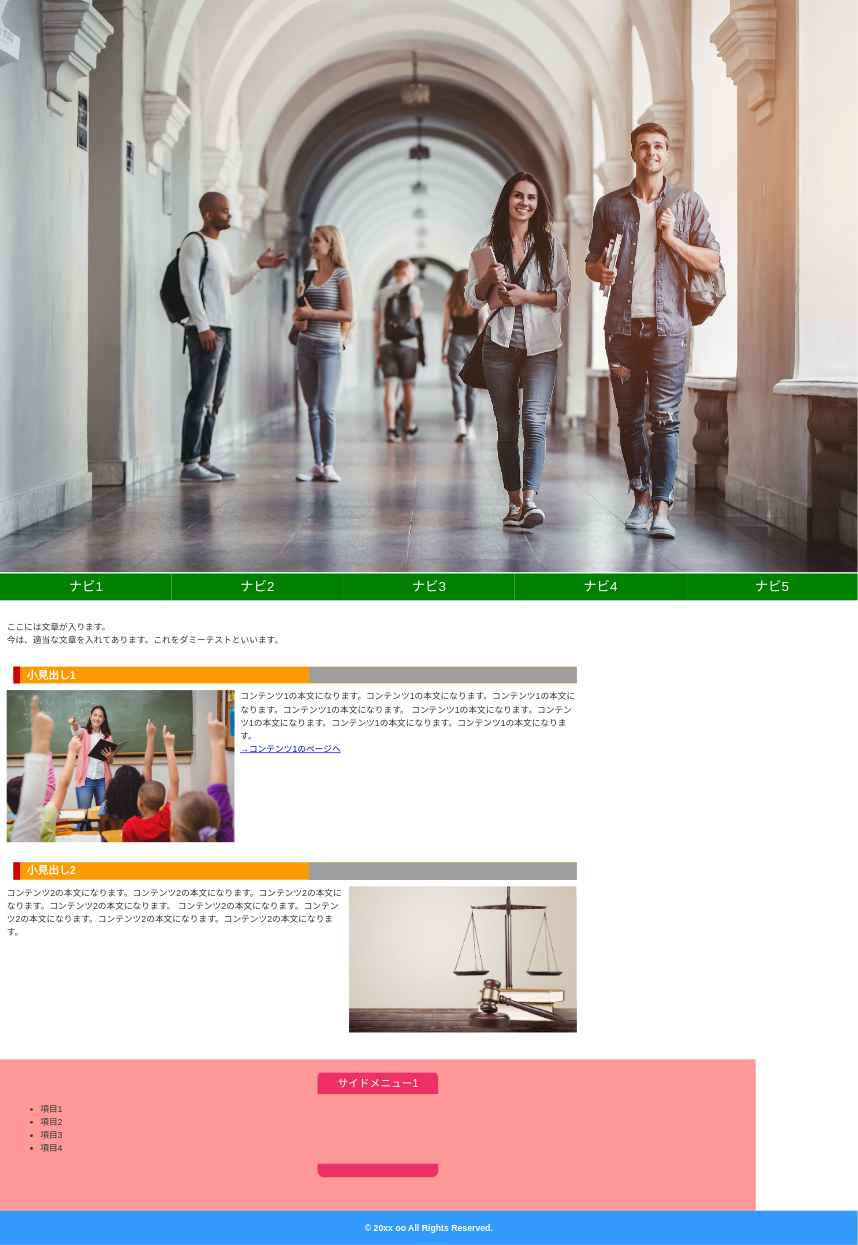
Repository: megumimorisawa/samurai_HTML-CSS
Page: home.html
The author's editor kept a record of every edit. The page is drawn from the files as they stood at one moment, then again after the next edit.
The browser window is 1280 px wide. The pictures show the whole page, at 67% of full size.
Pictures or frames that could not be fetched are drawn as grey boxes.

Above is the page before.

### home.html
<!DOCTYPE html>
<html lang="ja">
    <head>
        <meta charset="utf-8">
        <title>HTML/CSSの学習</title>
        <link rel="stylesheet" href="stylesheet.css">
    </head>
    <body>
       <div id="header">
           <h1><a href="index.html"><img id="corridor" src="images/corridor.jpg" alt="大学の廊下" /></a></h1>
       </div>
       <div id="wrapper">
           <div id="nav">
               <ul>
                   <li><a href="home.html">ナビ1</a></li>
                   <li><a href="#">ナビ2</a></li>
                   <li><a href="#">ナビ3</a></li>
                   <li><a href="#">ナビ4</a></li>
                   <li><a href="#">ナビ5</a></li>
               </ul>
           </div>
        </div>
        <div id="container">
            <div id="main">
                <div class="post">
                    <p>ここには文章が入ります。<br />今は、適当な文章を入れてあります。これをダミーテストといいます。</p>
                </div>
                <div class="post clearfix">
                    <h2>小見出し1</h2>
                    <img class="left" src="images/classroom.jpg" alt="授業風景" />
                    <p>
                        コンテンツ1の本文になります。コンテンツ1の本文になります。コンテンツ1の本文になります。コンテンツ1の本文になります。
                        コンテンツ1の本文になります。コンテンツ1の本文になります。コンテンツ1の本文になります。コンテンツ1の本文になります。
                    </p>
                    <p><a href="#">→コンテンツ1のページへ</a></p>
                </div>
                <div class="post clearfix">
                    <h2>小見出し2</h2>
                    <img class="right" src="images/scale.jpg" alt="天秤" />
                    <p>
                        コンテンツ2の本文になります。コンテンツ2の本文になります。コンテンツ2の本文になります。コンテンツ2の本文になります。
                        コンテンツ2の本文になります。コンテンツ2の本文になります。コンテンツ2の本文になります。コンテンツ2の本文になります。
                    </p>
                </div>

            </div>
        </div>
        <div id="side">
            <div class="box">
                <h2>サイドメニュー1</h2>
                <div class="boxbody">
                    <ul>
                        <li>項目1</li>
                        <li>項目2</li>
                        <li>項目3</li>
                        <li>項目4</li>
                    </ul>
                </div>
            </div>
        </div>
    </div>
    <div id="footer">
        <p>&copy; 20xx oo All Rights Reserved.</p>
    </div>
    </body>

</html>

### stylesheet.css
body {
	margin: 0;
	padding: 0;
	font-family: "ヒラギノ角ゴ Pro W3", "Hiragino Kaku Gothic Pro", "メイリオ", Meiryo, Osaka, "ＭＳ Ｐゴシック", "MS PGothic", sans-serif;
	color: #333;
	font-size: 13px;
	line-height: 150%;
}

/* -------------------- wrapper -------------------- */
#wrapper {
	width: 100%;
	margin: auto;
	padding: 0px;
	border: 0px;
	background-color: #FFF;
	top: 10px;
}
/* -------------------- header -------------------- */
#header {
	width: 100%;
}

#header h1 {
	margin: 0;
	padding: 0;
}

#corridor {
	width: 100%;
	height: auto;
}
/* -------------------- footer -------------------- */
#footer {
	clear: both;
	width: 100%;
	padding: 3px 0 3px 0;
	background: #39F;
	color: #FFF;
	font-weight: bold;
	text-align: center;
}
/* -------------------- nav -------------------- */
#nav {
	width: 100%;
}

#nav ul {
	display: flex;
	margin: 0;
	padding: 0;
	list-style-type: none;
}

#nav ul li {
	width: 20%;
	text-align: center;
}

#nav ul li a {
	display: block;
	height: 20px;
	margin: 0;
	padding: 10px;
	color: #FFF;
	font-size: 20px;
	text-decoration: none;
	background-color: green;
}

#nav ul li a:hover {
	filter: drop-shadow(10px 10px 10px black);
}
/* -------------------- container -------------------- */
#container {
	width: 100%;
	margin: auto;
	padding: auto;
	padding-top: 20px;
	clear: both;
	display: grid;
	grid-template-columns: 70vw 30vw;
}
/* -------------------- main -------------------- */
#main {
	width: 95%;
	padding: 10px 30px 10px 10px;

}

#main h2 {
	margin: 0 0 10px 10px;
	padding: 3px 10px 3px 10px;
	color: #FFF;
	font-size: 16px;
	border-left: solid 10px #C00;
	background: #F90 url(../imges/main.jpg) right top repeat-y;

}

#main p {
	margin: 0;
	padding: 0;
}

#main .post {
	margin: 0 0 30px 0;

}

#main .post img.right {
	margin: 0 0 0 8px;
}

#main .post img.left {
	margin: 0 8px 0 0;
}

.right {
	float: right;
	width: 40%;
	height: auto;
}

.left {
	float: left;
	width: 40%;
	height: auto;
}
/* -------------------- clearfix -------------------- */
.clearfix {
	zoom: 1;
}

.clearfix:after{
	content: "";
	display: block;
	clear: both;
}
/* -------------------- side -------------------- */
#side {
	width: 85%;
	padding: 20px;
	background-color: #F99;
}

#side .box {
	margin: 0 auto 30px auto;
	padding: 0 0 20px 0;
	background: url(images/side_box.png) bottom no-repeat;
}

#side .box h2 {
	margin: 0;
	padding: 8px;
	text-align: center;
	color: #fff;
	font-size: 16px;
	line-height: 16px;
	font-weight: normal;
	background: url(images/side_box_h2.png) center no-repeat;
}

#side .box .boxBody {
	padding: 8px;
	border-right: solid 1px #C36;
	border-bottom: solid 1px #C36;
	border-left: solid 1px #C36;
	background: #fff;
}

#side .box .boxBody ul {
	margin: 0 0 16px 0;
	padding: 0;
}

#side .box .boxBody ul li {
	padding: 8px 0 8px 4px;
	list-style: none;
	border-bottom: solid 1px #C36;
}

#side .box .boxBody ul li:hover {
	padding: 8px 0 8px 4px;
	list-style: none;
	border-bottom: solid 1px #C36;
	box-shadow: 0px 4px 4px rgba(0, 0, 0, 0.3);
}

After the next edit:
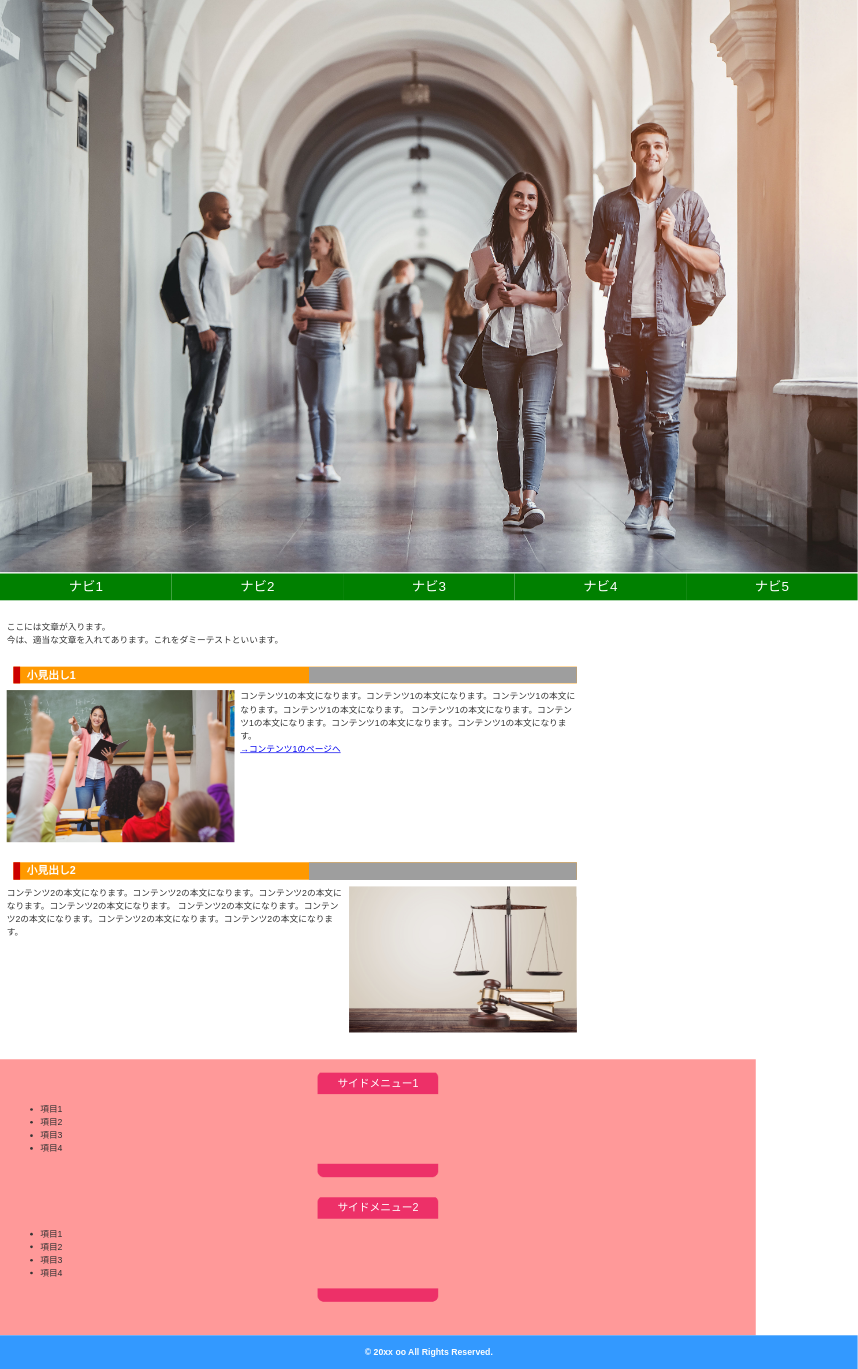
The edit:
--- a/home.html
+++ b/home.html
@@ -57,6 +57,17 @@
                     </ul>
                 </div>
             </div>
+            <div class="box">
+                <h2>サイドメニュー2</h2>
+                <div class="boxbody">
+                    <ul>
+                        <li>項目1</li>
+                        <li>項目2</li>
+                        <li>項目3</li>
+                        <li>項目4</li>
+                    </ul>
+                </div>
+            </div>
         </div>
     </div>
     <div id="footer">
